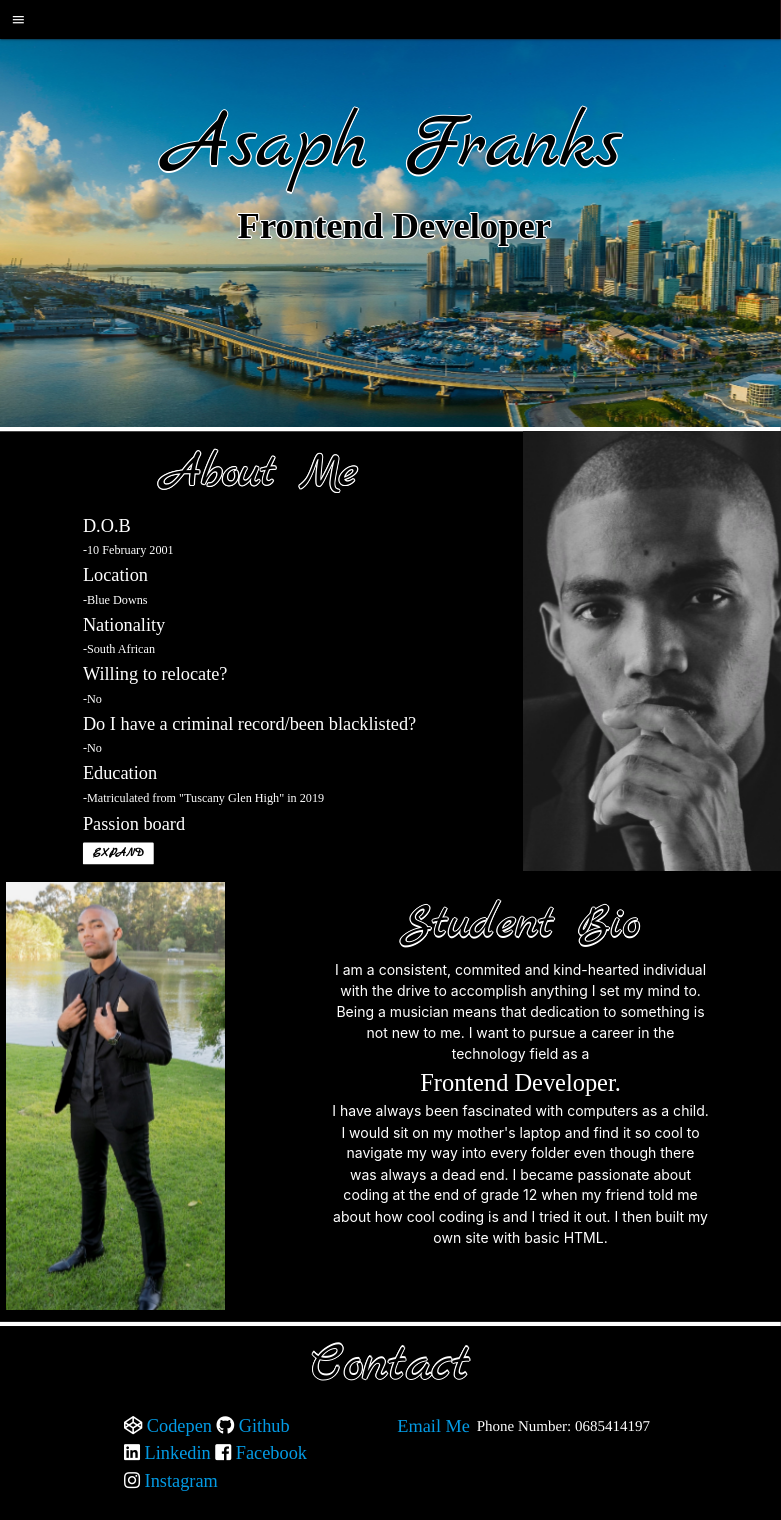
Repository: Ajtheult/portfolio.v3
Page: /portfolio-v3
An editor plug-in stored every save of this project. The page is shown before and after the next save, followed by the edit.
The browser window is 1280 px wide. The pictures show the whole page, at 61% of full size.
Some web fonts or font styles are not loaded; a fallback is used. The project was rebuilt for these pictures with package versions that can differ from the ones it lists, and the page was loaded fresh each time. Also part of the build but not shown: src/components/layout/pages/Skills.js, src/components/layout/pages/MyWork.js, src/components/layout/pages/Testimonials.js.

Above is the page before, as saved 2020-08-05 10:33:36.

### public/index.html
<!DOCTYPE html>
<html lang="en">
  <head>
    <meta charset="utf-8" />
    <link rel="icon" href="%PUBLIC_URL%/favicon.ico" />
    <meta name="viewport" content="width=device-width, initial-scale=1" />
    <meta name="theme-color" content="#000000" />
    <meta
      name="description"
      content="Web site created using create-react-app"
    />

    <link rel="manifest" href="%PUBLIC_URL%/manifest.json" />
    <link
      href="https://fonts.googleapis.com/css2?family=Marck+Script&display=swap"
      rel="stylesheet"
    />
    <link
      href="https://fonts.googleapis.com/css2?family=Gruppo&display=swap"
      rel="stylesheet"
    />
    <link rel="manifest" href="%PUBLIC_URL%/manifest.json" />

    <link
      rel="stylesheet"
      href="https://fonts.googleapis.com/icon?family=Material+Icons"
    />

    <link
      rel="stylesheet"
      href="https://use.fontawesome.com/releases/v5.7.2/css/all.css"
      integrity="sha384-fnmOCqbTlWIlj8LyTjo7mOUStjsKC4pOpQbqyi7RrhN7udi9RwhKkMHpvLbHG9Sr"
      crossorigin="anonymous"
    />
    <title>Asaph Franks portfolio</title>
  </head>
  <body>
    <noscript>You need to enable JavaScript to run this app.</noscript>
    <div id="root"></div>
  </body>
</html>

### src/index.js
import React from "react";
import ReactDOM from "react-dom";
import App from "./App";
import "materialize-css/dist/css/materialize.min.css";

ReactDOM.render(
  <React.StrictMode>
    <App />
  </React.StrictMode>,
  document.getElementById("root")
);

### src/App.js
import React from "react";

import { Home } from "./components/layout/pages/Home";
import { Skills } from "./components/layout/pages/Skills";
import { MyWork } from "./components/layout/pages/MyWork";
import { Testimonials } from "./components/layout/pages/Testimonials";
import Navbar from "./components/layout/navbar/Navbar";

import { BrowserRouter as Router, Route, Switch } from "react-router-dom";
import "./App.css";

function App() {
  return (
    <Router>
      <div className="App">
        <Navbar />

        <Switch>
          <Route exact path="/portfolio-v3" component={Home} />
          <Route path="/skills" component={Skills} />
          <Route path="/mywork" component={MyWork} />
          <Route path="/testimonials" component={Testimonials} />
        </Switch>
      </div>
    </Router>
  );
}

export default App;

### src/components/layout/pages/Home.js
import React from "react";
import background1 from "../resources/background1.jpg";
import me from "../resources/me.jpeg";
import me2 from "../resources/me2.jpg";
import M from "materialize-css";
import "../../../App.css";
import { Parallax } from "react-parallax";

export const Home = () => {
  document.addEventListener("DOMContentLoaded", function () {
    var elems = document.querySelectorAll(".modal");
    // eslint-disable-next-line
    var instances = M.Modal.init(elems, {});
  });

  return (
    <div className="colour_of_about_text">
      <Parallax bgImage={background1} strength={400}>
        <div style={{ height: 700 }}>
          <div className="style_for_landingpage">
            <h1 className="intro_name_top">Asaph Franks</h1>
            <h4 className="intro_name_bottom">Frontend Developer</h4>
          </div>
        </div>
      </Parallax>
      <div style={{ height: "1vh" }} className="white move_the_con" />
      <div className="row">
        <div className="col s8">
          {" "}
          {/* Information on About page-Start */}
          <div className="container">
            <h1 className="about-title" id="about">
              About Me
            </h1>

            <h5 className="my_info">D.O.B</h5>
            <p className="my_info_2">-10 February 2001</p>
            <h5 className="my_info"> Location </h5>
            <p className="my_info_2">-Blue Downs</p>
            <h5 className="my_info">Nationality</h5>
            <p className="my_info_2">-South African</p>
            <h5 className="my_info">Willing to relocate?</h5>
            <p className="my_info_2">-No</p>
            <h5 className="my_info">
              Do I have a criminal record/been blacklisted?
            </h5>
            <p className="my_info_2">-No</p>
            <h5 className="my_info">Education</h5>
            <p className="my_info_2">
              -Matriculated from "Tuscany Glen High" in 2019
            </p>
            <h4 className="my_info">Passion board</h4>
            <div className="my_info_3">
              <a
                className="waves-effect waves-light btn modal-trigger white"
                href="#modal1"
              >
                <p className="black_text margin_on_top">Expand</p>
              </a>
              <div id="modal1" className="modal bottom-sheet">
                <div className="modal-content">
                  <h4 className="black_text passion_heading">Passion Board</h4>
                  <div className="black_text">
                    {" "}
                    <h4 className="passion_content">-Music</h4>
                    <h4 className="passion_content">-Playing Video games</h4>
                    <h4 className="passion_content">-Playing Table Tennis</h4>
                    <h4 className="passion_content">-Watching anime</h4>
                    <h4 className="passion_content">-Drawing</h4>
                  </div>
                </div>
              </div>
            </div>
          </div>
          {/* Information on About page-Start */}
        </div>
        <div>
          <Parallax
            bgImage={me}
            strength={700}
            style={{ width: "33%" }}
            className="right"
          >
            <div style={{ height: "100vh" }}></div>
          </Parallax>
        </div>
      </div>

      <div className="row">
        <div className="col s5">
          <Parallax bgImage={me2} strength={150} style={{ width: "70%" }}>
            <div style={{ height: 700 }}>
              <div className="intro_name style_for_landingpage"></div>
            </div>
          </Parallax>
        </div>

        <div className="col s7 about_container" style={{ width: "50%" }}>
          <h6 className="about-title center">Student Bio</h6>
          <p className="student_bio ">
            I am a consistent, commited and kind-hearted individual with the
            drive to accomplish anything I set my mind to. Being a musician
            means that dedication to something is not new to me. I want to
            pursue a career in the technology field as a <br />
            <strong className="big_frontend">
              Frontend Developer.
            </strong> <br /> I have always been fascinated with computers as a
            child. I would sit on my mother's laptop and find it so cool to
            navigate my way into every folder even though there was always a
            dead end. I became passionate about coding at the end of grade 12
            when my friend told me about how cool coding is and I tried it out.
            I then built my own site with basic HTML.
          </p>
        </div>
      </div>
      {/* Contact section */}
      <div style={{ height: "1vh" }} className="white move_the_con" />
      <footer style={{ fontFamily: "Times" }} className="page-footer black">
        <div className="container" id="contact">
          <div className="row">
            <h1 className="contact-title">Contact</h1>
            <div className="col l6 s12">
              {" "}
              <div className="logos">
                <i className="fab fa-codepen">
                  {" "}
                  <a
                    href="https://codepen.io/ajtheult"
                    rel="noopener noreferrer"
                    target="_blank"
                  >
                    Codepen&nbsp;
                  </a>{" "}
                </i>
                <i className="fab fa-github">
                  {" "}
                  <a
                    href="https://github.com/Ajtheult"
                    rel="noopener noreferrer"
                    target="_blank"
                  >
                    Github&nbsp;
                  </a>{" "}
                </i>
                <i className="fab fa-linkedin">
                  {" "}
                  <a
                    href="https://www.linkedin.com/in/asaph-franks-307a231a5/"
                    rel="noopener noreferrer"
                    target="_blank"
                  >
                    Linkedin&nbsp;
                  </a>{" "}
                </i>
                <i className="fab fa-facebook-square">
                  {" "}
                  <a
                    href="https://www.facebook.com/asaph.franks.7/"
                    rel="noopener noreferrer"
                    target="_blank"
                  >
                    Facebook&nbsp;
                  </a>{" "}
                </i>
                <i className="fab fa-instagram">
                  {" "}
                  <a
                    href="https://www.instagram.com/aj_the_ultimate/?fbclid=IwAR1maxejej29IRwM2tTQavtbmTC9TFLbAwZoi52WwiJhzLvcEucPXSZHX2o"
                    rel="noopener noreferrer"
                    target="_blank"
                  >
                    Instagram&nbsp;
                  </a>{" "}
                </i>
              </div>
            </div>
            <div className="col l6 s12" style={{ marginTop: "-10px" }}>
              <a
                className="left size_of_email"
                href="mailto:asaphfranksboi@gmail.com"
                rel="noopener noreferrer"
                target="_blank"
              >
                Email Me
              </a>

              <h5 className="move_num_down">Phone Number: 0685414197</h5>
            </div>
            {/* Contact details and icons */}
          </div>
        </div>
      </footer>
    </div>
  );
};

### src/components/layout/navbar/Navbar.js
/* eslint-disable no-unused-vars */
import React, { Component } from "react";
import M from "materialize-css/dist/js/materialize.min.js";
import me from "./me.jpg";
import music from "./music.jpg";
import "../../../App.css";
import { Link } from "react-router-dom";

export class Navbar extends Component {
  componentDidMount() {
    document.addEventListener("DOMContentLoaded", function () {
      var elems = document.querySelectorAll(".sidenav");
      var instances = M.Sidenav.init(elems, {});
    });
  }

  render() {
    return (
      <div>
        <nav className="navbar">
          <div className="nav-wrapper colour">
            <a
              href="#home"
              data-target="slide-out"
              className="sidenav-trigger show-on-large"
            >
              <i className="material-icons">menu</i>
            </a>
          </div>
        </nav>

        <ul id="slide-out" className="sidenav sidenav-close">
          <li>
            <div className="user-view">
              <div className="background">
                <img className="background_img" src={music} alt="img" />
              </div>

              <img className="circle" src={me} alt="img of me" />

              <span className="black-text name move_me">Asaph Franks</span>

              <span className="black-text email  move_me">
                Asaphfranksboi@gmail.com
              </span>
            </div>
            {/* Change font so that the name can be better read */}
          </li>
          <Link to="/portfolio-v3">
            <br />
            <li className="colour_of_nav">Home</li>
          </Link>{" "}
          <br />
          <Link to="/skills">
            <li className="colour_of_nav">Skills</li>
          </Link>
          <br />
          <Link to="/mywork">
            <li className="colour_of_nav">Work</li>
          </Link>
          <br />
          <Link to="/testimonials">
            <li className="colour_of_nav">Testimonials</li>
          </Link>
        </ul>
      </div>
    );
  }
}

export default Navbar;

### src/App.css
.App {
  text-align: center;
}

body {
  background-color: black;
  color: white;
}
.background_img {
  width: 100%;
  height: 100%;
}

.move_me {
  text-align: left;
}

.colour {
  background-color: black;
}

img.bg {
  min-height: 100%;
  min-width: 1024px;
  width: 100%;
  height: auto;
  position: fixed;
  top: 0;
  left: 0;
  z-index: -1;
}

div.admin-bg {
  position: fixed;
  top: 0;
  left: 0;
  z-index: -1;
  background-color: black;
}

@media screen and (max-width: 1024px) {
  img.bg {
    left: 50%;
    margin-left: -512px;
  }
}

.intro_name_top {
  font-family: "Marck Script", cursive;
  font-size: 130px;
  color: black;
  text-shadow: 2px 0 0 #fff, -2px 0 0 #fff, 0 2px 0 #fff, 0 -2px 0 #fff,
    1px 1px #fff, -1px -1px 0 #fff, 1px -1px 0 #fff, -1px 1px 0 #fff;
}
.testimonial_title {
  font-family: "Marck Script", cursive;
  margin-top: 80px;
  color: black;
  font-size: 80px;
  text-shadow: 2px 0 0 #fff, -2px 0 0 #fff, 0 2px 0 #fff, 0 -2px 0 #fff,
    1px 1px #fff, -1px -1px 0 #fff, 1px -1px 0 #fff, -1px 1px 0 #fff;
}

.intro_name_bottom {
  font-size: 60px;
  color: #000000;
  font-weight: bold;
  text-shadow: 2px 0 0 #fff, -2px 0 0 #fff, 0 2px 0 #fff, 0 -2px 0 #fff,
    1px 1px #fff, -1px -1px 0 #fff, 1px -1px 0 #fff, -1px 1px 0 #fff;
  font-family: "Gruppo", cursive;
}

.logos {
  text-align: left;
  font-size: 30px;
}

.contact-title {
  margin-top: -5px;
  font-family: "Marck Script", cursive;
  font-size: 90px;
  color: black;
  text-shadow: 2px 0 0 #fff, -2px 0 0 #fff, 0 2px 0 #fff, 0 -2px 0 #fff,
    1px 1px #fff, -1px -1px 0 #fff, 1px -1px 0 #fff, -1px 1px 0 #fff;
}

.about-title {
  margin-top: 25px;
  font-family: "Marck Script", cursive;
  font-size: 80px;
  color: black;
  text-shadow: 2px 0 0 #fff, -2px 0 0 #fff, 0 2px 0 #fff, 0 -2px 0 #fff,
    1px 1px #fff, -1px -1px 0 #fff, 1px -1px 0 #fff, -1px 1px 0 #fff;
}

.student_bio {
  margin-top: 2%;
  font-size: 23px;
}

.big_frontend {
  font-size: 40px;
  font-family: "Gruppo", cursive;
}

.move_the_name {
  margin-top: -12px;
  font-size: 20px;
  font-weight: bold;
}

.enlarge_paragraph {
  font-size: 22px;
  font-family: "Times New Roman", Times, serif;
}

.my_info {
  font-size: 30px;
  text-align: left;
  font-family: "Gruppo", cursive;
}

.my_info_2 {
  font-size: 20px;
  text-align: left;
  line-height: 8px;
  font-family: "Times New Roman", Times, serif;
}

.my_info_3 {
  font-size: 25px;
  text-align: left;
  line-height: 8px;
  font-family: "Times New Roman", Times, serif;
}

.black_text {
  color: black;
}

.passion_heading {
  text-align: center;
  font-family: "Marck Script", cursive;
  font-size: 45px;
}

.passion_content {
  font-family: "Gruppo", cursive;
  font-weight: bold;
  line-height: 25px;
}

.margin_on_top {
  margin-top: 1px;
  font-size: 20px;
  font-family: "Marck Script", cursive;
  font-weight: bold;
}

.my_work_desc {
  font-size: 20px;
  font-family: "Times New Roman", Times, serif;
}

.my_work_title {
  font-family: "Gruppo", cursive;
  color: black;
  font-size: 30px;
}

.link-size {
  font-size: 40px;
  margin-top: -40px;
  padding: 1%;
  text-align: left;
  margin-left: 60px;
  font-family: "Gruppo", cursive;
  color: blue;
}

.button_margin {
  margin-top: 5px;
}

.work_title {
  font-family: "Marck Script", cursive;
  color: black;
  font-size: 50px;
  text-shadow: 2px 0 0 #fff, -2px 0 0 #fff, 0 2px 0 #fff, 0 -2px 0 #fff,
    1px 1px #fff, -1px -1px 0 #fff, 1px -1px 0 #fff, -1px 1px 0 #fff;
}

.colour_of_nav {
  color: black;
  margin-top: -30px;
}

.style_for_landingpage {
  margin-left: 15.5%;
  margin-top: 6%;
  position: absolute;
  padding: 50px;
  width: 70%;
  transform: "translate(-50%, -50%)";
}

.skills_li {
  position: relative;
  list-style: none;
  margin: 50px 0;
  font-weight: 500;
  text-transform: uppercase;
}

.skills_li:before {
  content: "";
  position: absolute;
  top: calc(100% + 10px);
  left: 0;
  width: 100%;
  height: 15px;
  background-color: rgba(54, 126, 223, 0.5);
  border-radius: 1000px;
}

.skills_li:after {
  content: "";
  position: absolute;
  top: calc(100% + 10px);
  left: 0;
  width: 0;
  height: 15px;
  background-color: rgba(54, 126, 223, 1);
  border-radius: 1000px;
  animation-duration: 0.7s;
  animation-timing-function: ease;
  animation-fill-mode: forwards;
}

.html:after {
  animation-name: html;
}

@keyframes html {
  to {
    width: 81%;
  }
}

.css:after {
  animation-name: css;
}

@keyframes css {
  to {
    width: 64%;
  }
}

.js:after {
  animation-name: js;
}

@keyframes js {
  to {
    width: 40%;
  }
}

.py:after {
  animation-name: py;
}

@keyframes py {
  to {
    width: 35%;
  }
}

.sql:after {
  animation-name: sql;
}

@keyframes sql {
  to {
    width: 32%;
  }
}

.react:after {
  animation-name: react;
}

@keyframes react {
  to {
    width: 63%;
  }
}

.skills_text {
  font-family: "Marck Script", cursive;
  color: black;
  font-size: 30px;
  text-shadow: 1px 0 0 #fff, -2px 0 0 #fff, 0 2px 0 #fff, 0 -2px 0 #fff,
    1px 1px #fff, -1px -1px 0 #fff, 1px -1px 0 #fff, -1px 1px 0 #fff;
  margin-top: -20px;
}

.skills_heading {
  font-family: "Marck Script", cursive;
  color: black;
  font-size: 60px;
  text-shadow: 1px 0 0 #fff, -2px 0 0 #fff, 0 2px 0 #fff, 0 -2px 0 #fff,
    1px 1px #fff, -1px -1px 0 #fff, 1px -1px 0 #fff, -1px 1px 0 #fff;
  margin-top: 0px;
}

.container_properties {
  width: 800px;
  margin: 50px auto 0;
  padding: 20px;
  line-height: 55px;
}

.size_of_email {
  font-size: 30px;
  margin-top: 10px;
}

.move_num_down {
  margin-top: 20px;
}

.move_github_button {
  margin-left: -50px;
}

.navbar {
  position: fixed;
  top: 0;
  width: 100%;
  z-index: 1;
}

After the next save:
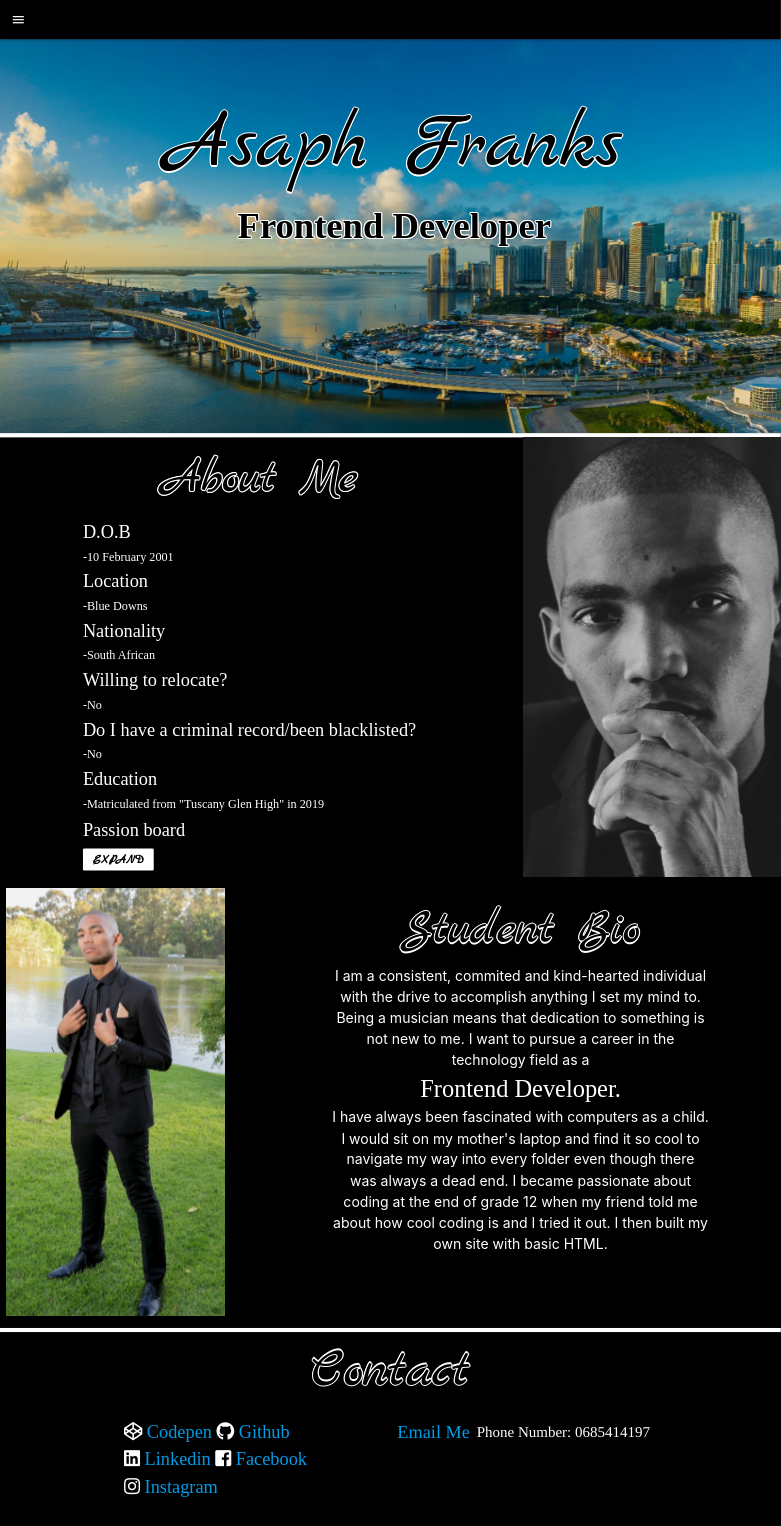
Saved 9 s later.
--- a/src/components/layout/pages/Home.js
+++ b/src/components/layout/pages/Home.js
@@ -16,7 +16,7 @@ export const Home = () => {
   return (
     <div className="colour_of_about_text">
       <Parallax bgImage={background1} strength={400}>
-        <div style={{ height: 700 }}>
+        <div style={{ height: 710 }}>
           <div className="style_for_landingpage">
             <h1 className="intro_name_top">Asaph Franks</h1>
             <h4 className="intro_name_bottom">Frontend Developer</h4>
